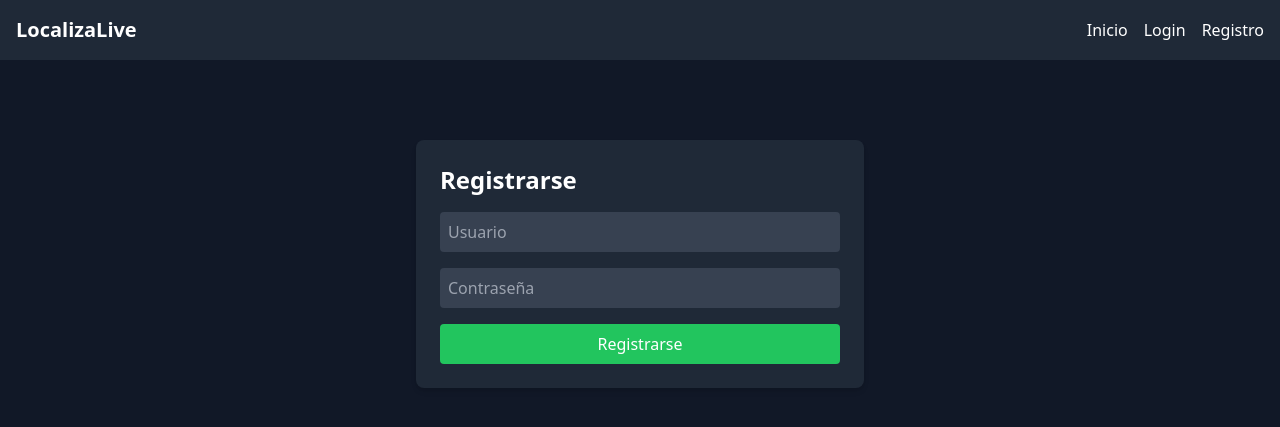
Repository: francoluca35/localizatelive
Page: /register
An editor plug-in stored every save of this project. The page is shown before and after the next save, followed by the edit.
The browser window is 1280 px wide. The pictures show the whole page.
The project was rebuilt for these pictures with package versions that can differ from the ones it lists, and the page was loaded fresh each time. Also part of the build but not shown: src/pages/Home.jsx, src/pages/Login.jsx, src/components/AdminNavbar.jsx, src/admin/page.jsx, src/admin/History.jsx, src/admin/Go.jsx, src/components/PrivateRoute.jsx.

Above is the page before, as saved 2025-05-04 16:20:47.

### public/index.html

<!DOCTYPE html>
<html lang="en">
  <head>
    <meta charset="utf-8" />
    <meta name="viewport" content="width=device-width, initial-scale=1" />
    <title>localizatelive</title>
  </head>
  <body>
    <div id="root"></div>
  </body>
</html>

### src/index.js
import React from "react";
import ReactDOM from "react-dom/client";
import "./index.css";
import App from "./App";
import { AuthProvider } from "./context/AuthContext";

const root = ReactDOM.createRoot(document.getElementById("root"));
root.render(
  <React.StrictMode>
    <AuthProvider>
      <App />
    </AuthProvider>
  </React.StrictMode>
);

### src/App.js
import {
  BrowserRouter as Router,
  Routes,
  Route,
  useLocation,
} from "react-router-dom";
import Home from "./pages/Home";
import Login from "./pages/Login";
import Register from "./pages/Register";
import AdminPage from "./admin/page";
import AdminHistory from "./admin/History";
import AdminGo from "./admin/Go";
import Navbar from "./components/Navbar";
import PrivateRoute from "./components/PrivateRoute";

function Layout() {
  const location = useLocation();
  const isAdminRoute = location.pathname.startsWith("/admin");

  return (
    <>
      {!isAdminRoute && <Navbar />}
      <Routes>
        <Route path="/" element={<Home />} />
        <Route path="/login" element={<Login />} />
        <Route path="/register" element={<Register />} />

        <Route
          path="/admin"
          element={
            <PrivateRoute allowedRoles={["admin"]}>
              <AdminPage />
            </PrivateRoute>
          }
        />
        <Route
          path="/admin/history"
          element={
            <PrivateRoute allowedRoles={["admin"]}>
              <AdminHistory />
            </PrivateRoute>
          }
        />
        <Route
          path="/admin/go"
          element={
            <PrivateRoute allowedRoles={["admin"]}>
              <AdminGo />
            </PrivateRoute>
          }
        />
      </Routes>
    </>
  );
}

export default function App() {
  return (
    <Router>
      <div className="min-h-screen bg-gray-900 text-white">
        <Layout />
      </div>
    </Router>
  );
}

### src/context/AuthContext.jsx
import { createContext, useContext, useEffect, useState } from "react";

// Crear el contexto
const AuthContext = createContext();

// Hook para acceder fácil
export const useAuth = () => useContext(AuthContext);

// Proveedor
export const AuthProvider = ({ children }) => {
  const [user, setUser] = useState(null);

  // Leer de localStorage al iniciar
  useEffect(() => {
    const storedUser = localStorage.getItem("user");
    if (storedUser) {
      setUser(JSON.parse(storedUser));
    }
  }, []);

  const login = (userData) => {
    localStorage.setItem("user", JSON.stringify(userData));
    setUser(userData);
  };

  const logout = () => {
    localStorage.removeItem("user");
    setUser(null);
  };

  return (
    <AuthContext.Provider
      value={{
        user,
        isAuthenticated: !!user,
        login,
        logout,
      }}
    >
      {children}
    </AuthContext.Provider>
  );
};

### src/pages/Register.jsx
import React from "react";

import { useState } from "react";

export default function Register() {
  const [username, setUsername] = useState("");
  const [password, setPassword] = useState("");

  const handleRegister = (e) => {
    e.preventDefault();
    console.log("Registro:", { username, password });
  };

  return (
    <form
      onSubmit={handleRegister}
      className="max-w-md mx-auto mt-20 bg-gray-800 p-6 rounded-lg shadow-md"
    >
      <h2 className="text-2xl font-bold mb-4">Registrarse</h2>
      <input
        type="text"
        placeholder="Usuario"
        value={username}
        onChange={(e) => setUsername(e.target.value)}
        className="w-full p-2 mb-4 bg-gray-700 rounded text-white"
      />
      <input
        type="password"
        placeholder="Contraseña"
        value={password}
        onChange={(e) => setPassword(e.target.value)}
        className="w-full p-2 mb-4 bg-gray-700 rounded text-white"
      />
      <button
        type="submit"
        className="w-full bg-green-500 hover:bg-green-600 text-white p-2 rounded"
      >
        Registrarse
      </button>
    </form>
  );
}

### src/components/Navbar.jsx
import { useAuth } from "../context/AuthContext";
import { Link, useNavigate } from "react-router-dom";

export default function Navbar() {
  const { user, isAuthenticated, logout } = useAuth();
  const navigate = useNavigate();

  const handleLogout = () => {
    logout();
    navigate("/login");
  };

  return (
    <nav className="bg-gray-800 p-4 flex justify-between items-center">
      <h1 className="text-xl font-bold text-white">LocalizaLive</h1>
      <div className="space-x-4">
        <Link to="/" className="text-white hover:text-blue-400">
          Inicio
        </Link>
        {!isAuthenticated ? (
          <>
            <Link to="/login" className="text-white hover:text-blue-400">
              Login
            </Link>
            <Link to="/register" className="text-white hover:text-blue-400">
              Registro
            </Link>
          </>
        ) : (
          <>
            {user?.role === "admin" && (
              <Link to="/admin" className="text-white hover:text-blue-400">
                Admin
              </Link>
            )}
            <button
              onClick={handleLogout}
              className="text-white hover:text-red-400"
            >
              Salir
            </button>
          </>
        )}
      </div>
    </nav>
  );
}

### tailwind.config.js

module.exports = {
  content: ["./src/**/*.{js,jsx,ts,tsx}"],
  theme: {
    extend: {},
  },
  plugins: [],
};

### src/hooks/useAuthApi.js
import { useAuth } from "../context/AuthContext";

const API_URL = "http://localhost:4000/api";

export const useAuthApi = () => {
  const { login: setAuthContext } = useAuth();

  const register = async (username, password) => {
    const res = await fetch(`${API_URL}/register`, {
      method: "POST",
      headers: { "Content-Type": "application/json" },
      body: JSON.stringify({ username, password }),
    });

    const data = await res.json();
    if (!res.ok) throw new Error(data.error || "Error al registrarse");
    return data;
  };

  const login = async (username, password) => {
    const res = await fetch(`${API_URL}/login`, {
      method: "POST",
      headers: { "Content-Type": "application/json" },
      body: JSON.stringify({ username, password }),
    });

    const data = await res.json();
    if (!res.ok) throw new Error(data.error || "Credenciales inválidas");

    setAuthContext(data.user); // lo guarda en contexto
    return data.user;
  };

  return { register, login };
};

Loaded but not shown: src/index.css (common file)

After the next save:
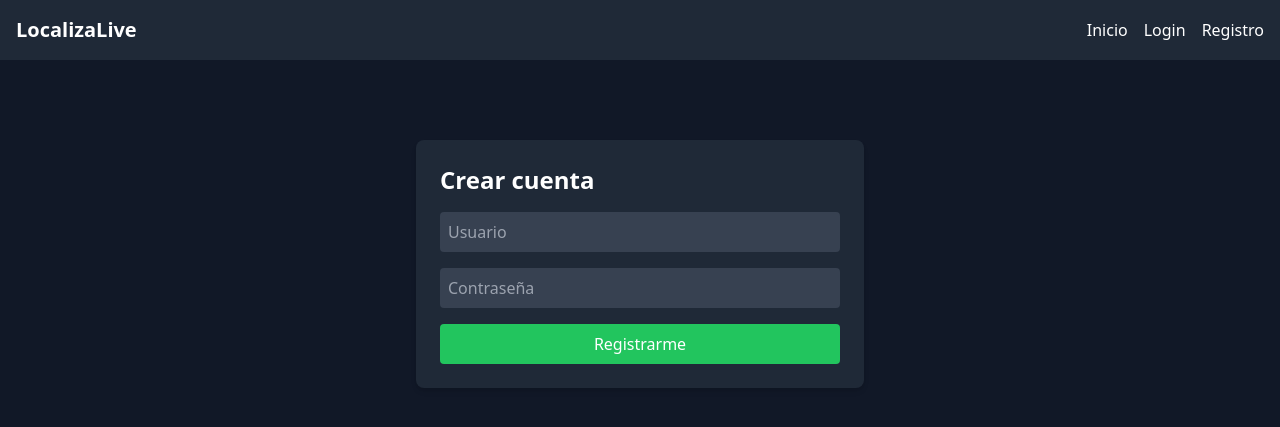
Saved 22 s later.
--- a/src/pages/Register.jsx
+++ b/src/pages/Register.jsx
@@ -1,22 +1,31 @@
-import React from "react";
-
 import { useState } from "react";
+import { useAuthApi } from "../hooks/useAuthApi";
+import { useNavigate } from "react-router-dom";
 
 export default function Register() {
   const [username, setUsername] = useState("");
   const [password, setPassword] = useState("");
+  const { register } = useAuthApi();
+  const navigate = useNavigate();
+  const [error, setError] = useState("");
 
-  const handleRegister = (e) => {
+  const handleSubmit = async (e) => {
     e.preventDefault();
-    console.log("Registro:", { username, password });
+    try {
+      await register(username, password);
+      navigate("/login");
+    } catch (err) {
+      setError(err.message);
+    }
   };
 
   return (
     <form
-      onSubmit={handleRegister}
+      onSubmit={handleSubmit}
       className="max-w-md mx-auto mt-20 bg-gray-800 p-6 rounded-lg shadow-md"
     >
-      <h2 className="text-2xl font-bold mb-4">Registrarse</h2>
+      <h2 className="text-2xl font-bold mb-4">Crear cuenta</h2>
+      {error && <p className="text-red-400 mb-2">{error}</p>}
       <input
         type="text"
         placeholder="Usuario"
@@ -35,7 +44,7 @@ export default function Register() {
         type="submit"
         className="w-full bg-green-500 hover:bg-green-600 text-white p-2 rounded"
       >
-        Registrarse
+        Registrarme
       </button>
     </form>
   );
